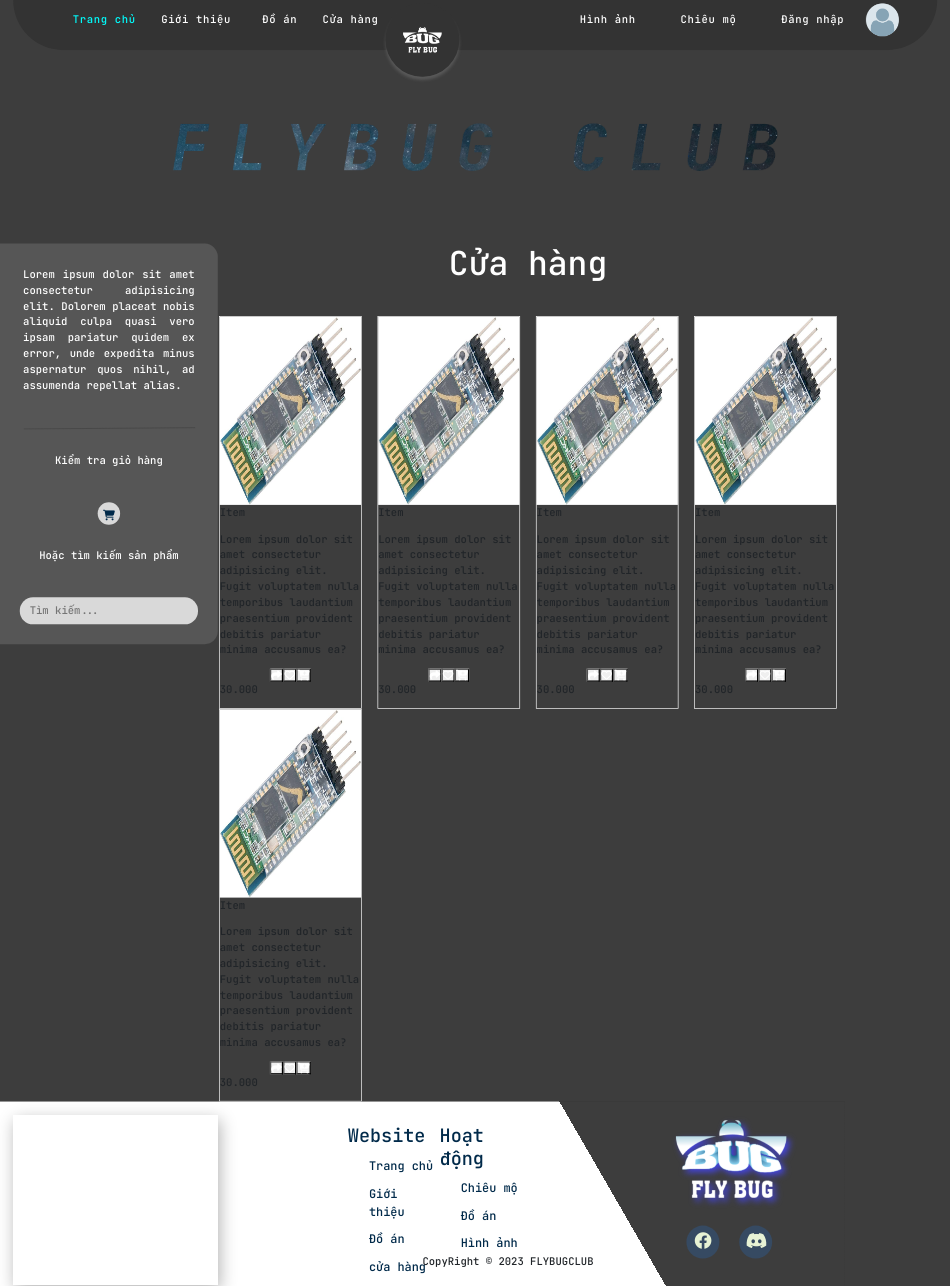
Repository: NQD2308/FlyBugClub_WebApp
Page: PROJECT FLYNUG/html/store.html
An editor plug-in stored every save of this project. The page is shown before and after the next save, followed by the edit.
The browser window is 1280 px wide. The page is 1440 px wide, so the pictures cover 1440 px, including what lies to the right of the window. The pictures show the whole page, at 66% of full size.
Pictures or frames that could not be fetched are drawn as grey boxes.

Above is the page before, as saved 2023-09-18 10:51:10.

After the next save:
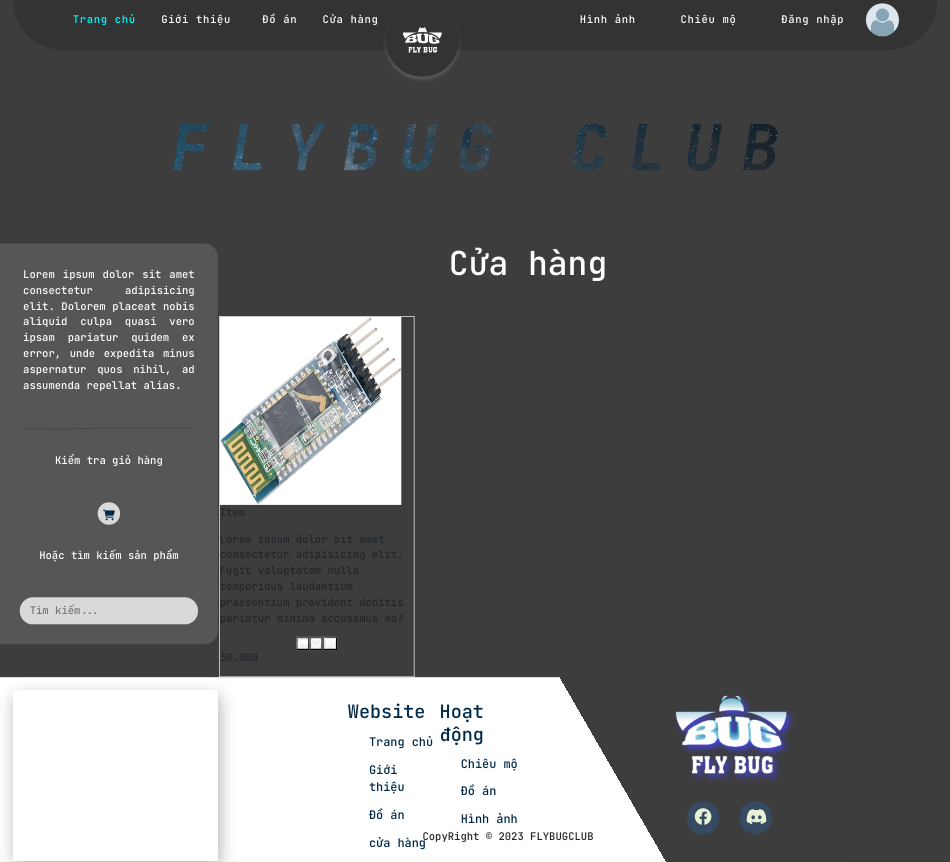
Saved 13 s later.
--- a/PROJECT FLYNUG/html/store.html
+++ b/PROJECT FLYNUG/html/store.html
@@ -91,115 +91,7 @@
                         <h1>Cửa hàng</h1>
                         <div class="item-store">
                             <div class="row">
-                                <div class="col col-md-3">
-                                    <div class="item-card">
-                                        <img src="../img/bluth.jpg" alt="Photo item store">
-                                        <p>Item</p>
-                                        <p>Lorem ipsum dolor sit amet consectetur adipisicing elit. Fugit voluptatem nulla temporibus laudantium praesentium provident debitis pariatur minima accusamus ea?</p>
-                                        <div class="center">
-                                            <button class="icon-share">
-                                                <a href="#">
-                                                    <i class="fa-solid fa-share"></i>
-                                                </a>
-                                            </button>
-                                            <button class="icon-love">
-                                                <a href="#">
-                                                    <i class="fa-regular fa-heart"></i>
-                                                </a>
-                                            </button>
-                                            <button class="icon-share">
-                                                <a href="#">
-                                                    <i class="fa-solid fa-cart-plus"></i>
-                                                </a>
-                                            </button>
-                                        </div>
-                                        <div class="item-price">
-                                            <p>30.000</p>
-                                        </div>
-                                    </div>
-                                </div>
-                                <div class="col col-md-3">
-                                    <div class="item-card">
-                                        <img src="../img/bluth.jpg" alt="Photo item store">
-                                        <p>Item</p>
-                                        <p>Lorem ipsum dolor sit amet consectetur adipisicing elit. Fugit voluptatem nulla temporibus laudantium praesentium provident debitis pariatur minima accusamus ea?</p>
-                                        <div class="center">
-                                            <button class="icon-share">
-                                                <a href="#">
-                                                    <i class="fa-solid fa-share"></i>
-                                                </a>
-                                            </button>
-                                            <button class="icon-love">
-                                                <a href="#">
-                                                    <i class="fa-regular fa-heart"></i>
-                                                </a>
-                                            </button>
-                                            <button class="icon-share">
-                                                <a href="#">
-                                                    <i class="fa-solid fa-cart-plus"></i>
-                                                </a>
-                                            </button>
-                                        </div>
-                                        <div class="item-price">
-                                            <p>30.000</p>
-                                        </div>
-                                    </div>
-                                </div>
-                                <div class="col col-md-3">
-                                    <div class="item-card">
-                                        <img src="../img/bluth.jpg" alt="Photo item store">
-                                        <p>Item</p>
-                                        <p>Lorem ipsum dolor sit amet consectetur adipisicing elit. Fugit voluptatem nulla temporibus laudantium praesentium provident debitis pariatur minima accusamus ea?</p>
-                                        <div class="center">
-                                            <button class="icon-share">
-                                                <a href="#">
-                                                    <i class="fa-solid fa-share"></i>
-                                                </a>
-                                            </button>
-                                            <button class="icon-love">
-                                                <a href="#">
-                                                    <i class="fa-regular fa-heart"></i>
-                                                </a>
-                                            </button>
-                                            <button class="icon-share">
-                                                <a href="#">
-                                                    <i class="fa-solid fa-cart-plus"></i>
-                                                </a>
-                                            </button>
-                                        </div>
-                                        <div class="item-price">
-                                            <p>30.000</p>
-                                        </div>
-                                    </div>
-                                </div>
-                                <div class="col col-md-3">
-                                    <div class="item-card">
-                                        <img src="../img/bluth.jpg" alt="Photo item store">
-                                        <p>Item</p>
-                                        <p>Lorem ipsum dolor sit amet consectetur adipisicing elit. Fugit voluptatem nulla temporibus laudantium praesentium provident debitis pariatur minima accusamus ea?</p>
-                                        <div class="center">
-                                            <button class="icon-share">
-                                                <a href="#">
-                                                    <i class="fa-solid fa-share"></i>
-                                                </a>
-                                            </button>
-                                            <button class="icon-love">
-                                                <a href="#">
-                                                    <i class="fa-regular fa-heart"></i>
-                                                </a>
-                                            </button>
-                                            <button class="icon-share">
-                                                <a href="#">
-                                                    <i class="fa-solid fa-cart-plus"></i>
-                                                </a>
-                                            </button>
-                                        </div>
-                                        <div class="item-price">
-                                            <p>30.000</p>
-                                        </div>
-                                    </div>
-                                </div>
-                                <div class="col col-md-3">
+                                <div class="col col-md-4">
                                     <div class="item-card">
                                         <img src="../img/bluth.jpg" alt="Photo item store">
                                         <p>Item</p>
